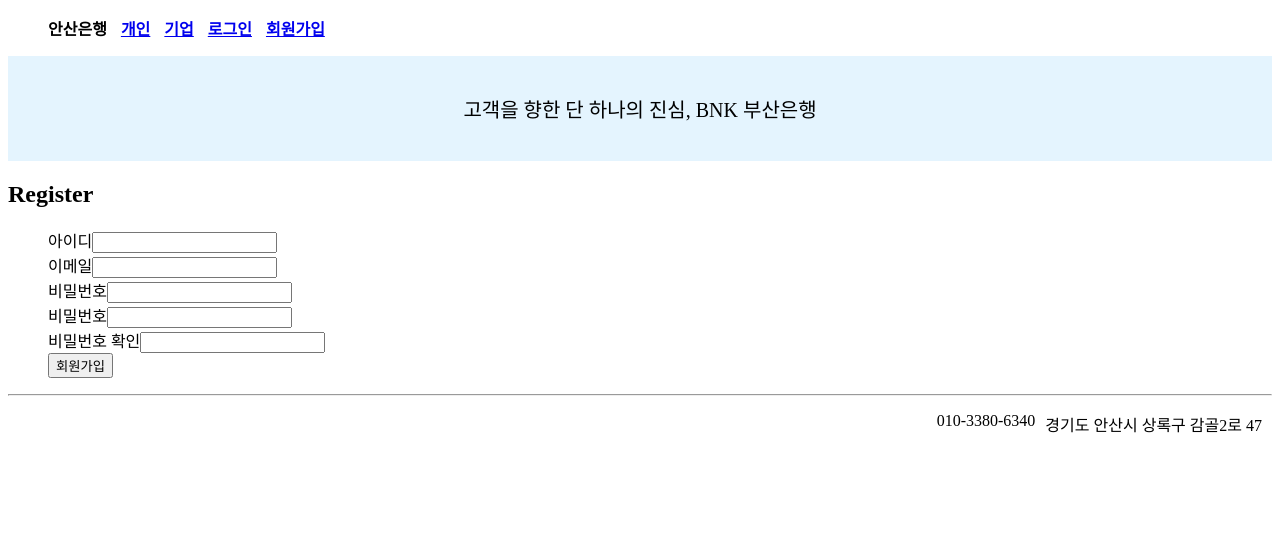
Repository: pvntlc/D-IT-Tech-Internship
Page: http://localhost/HTMLProject/register.html
An editor plug-in stored every save of this project. The page is shown before and after the next save, followed by the edit.
The browser window is 1280 px wide. The pictures show the whole page.
The page is served by Tomcat 9.

Above is the page before, as saved 2023-09-07 07:46:40.

### work_java/HTMLProject/src/main/webapp/register.html
<!DOCTYPE html>
<html>

<head>
	<meta charset="UTF-8">
	<title>레지스터 등록 등록금</title>
	<link rel="stylesheet" type="text/css" href="common.css" />
	<link rel="stylesheet" type="text/css" href="navbar.css" />
	<link rel="stylesheet" type="text/css" href="footer.css" />
</head>

<body>

	<nav>
		<ul>
			<li class="title">안산은행</li>
			<li><a href="./personal.html">개인</a></li>
			<li><a href="./business.html">기업</a></li>
			<li><a href="./login.html">로그인</a></li>
			<li><a href="./register.html">회원가입</a></li>
		</ul>
	</nav>
	<div class="banner">고객을 향한 단 하나의 진심, BNK 부산은행</div>
	<h2>Register</h2>
	<div  class="loginform">
		<form method="get" action="login.jsp">
			<ul type="none">
				<li>
					<label for="userid">아이디<input type="text" id="userid" name="userid" /></label>
				</li>
				<li>
					<label for="email">이메일<input type="email" id="email" name="email" /></label>
				</li>
				<li>
					<label for="phone">비밀번호<input type="number" id="phone" name="phone" /></label>
				</li>
				<li>
					<label for="pass">비밀번호<input type="password" id="pass" name="pass" /></label>
				</li>
				<li>
					<label for="pass">비밀번호 확인<input type="password" id="pass" name="pass" /></label>
				</li>
				<li><input type="submit" value="회원가입" title="loginbutton" /></li>
			</ul>
		</form>
	</div>
	<footer>
		<hr>
		<ul>
			<li>경기도 안산시 상록구 감골2로 47</li>
			<li>010-3380-6340</li>
		</ul>
	</footer>
</body>

</html>

### work_java/HTMLProject/src/main/webapp/common.css
.banner {
			background-color: rgb(228, 244, 254);
			font-size: 20px;
			text-align: center;
			padding: 3%;
		}

### work_java/HTMLProject/src/main/webapp/navbar.css
nav ul li {
	display: inline;
	font-weight: bold;
	margin-right: 10px;
}

### work_java/HTMLProject/src/main/webapp/footer.css
footer ul li {
	display: inline;
	margin-right: 10px;
	float: right
}

After the next save:
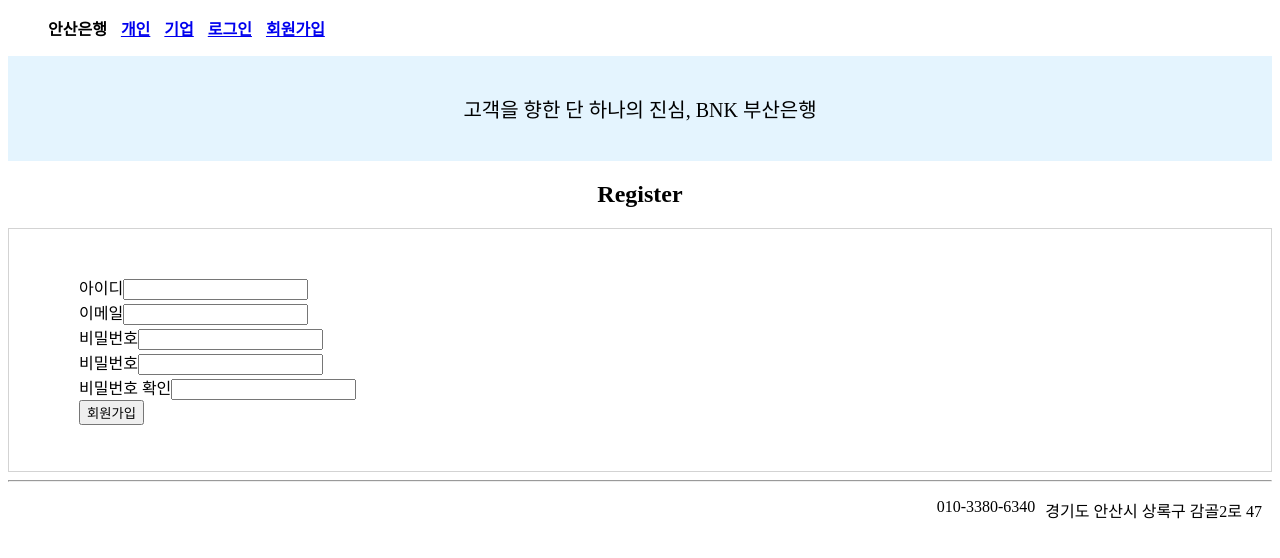
Saved 16 s later.
--- a/work_java/HTMLProject/src/main/webapp/common.css
+++ b/work_java/HTMLProject/src/main/webapp/common.css
@@ -1,6 +1,19 @@
 .banner {
-			background-color: rgb(228, 244, 254);
-			font-size: 20px;
-			text-align: center;
-			padding: 3%;
-		}
+	background-color: rgb(228, 244, 254);
+	font-size: 20px;
+	text-align: center;
+	padding: 3%;
+}
+
+h2 {
+	text-align: center;
+}
+
+.loginform {
+	border: 1px solid lightgray;
+	padding: 30px;
+}
+
+.loginbutton {
+	float: right;
+}
